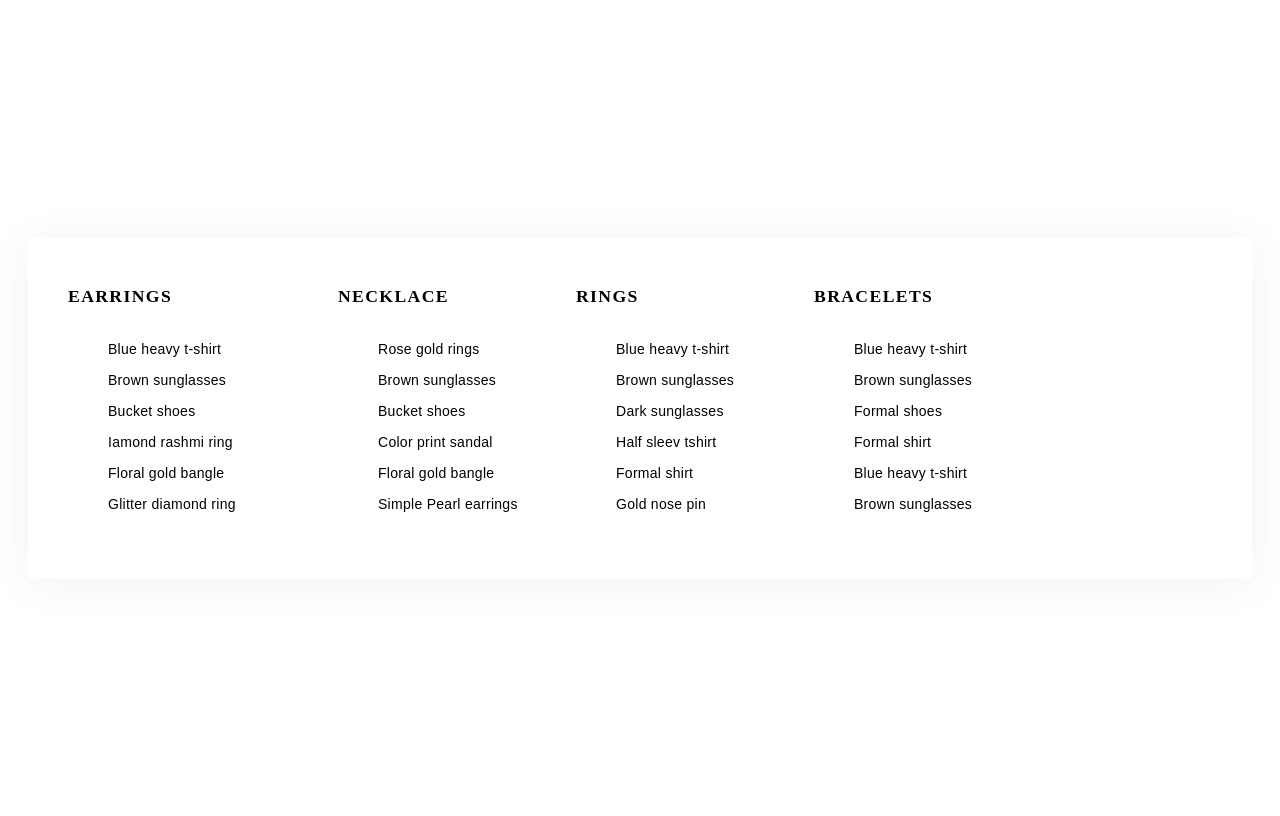
Repository: Excelsior-Technologies-Community/jelwo-hit
Page: list/shoplist.html
An editor plug-in stored every save of this project. The page is shown before and after a run of saves, followed by the edit.
The browser window is 1280 px wide. The pictures show the whole page.

Above is the page before, as saved 2026-04-06 15:24:42.

After the next 2 saves:
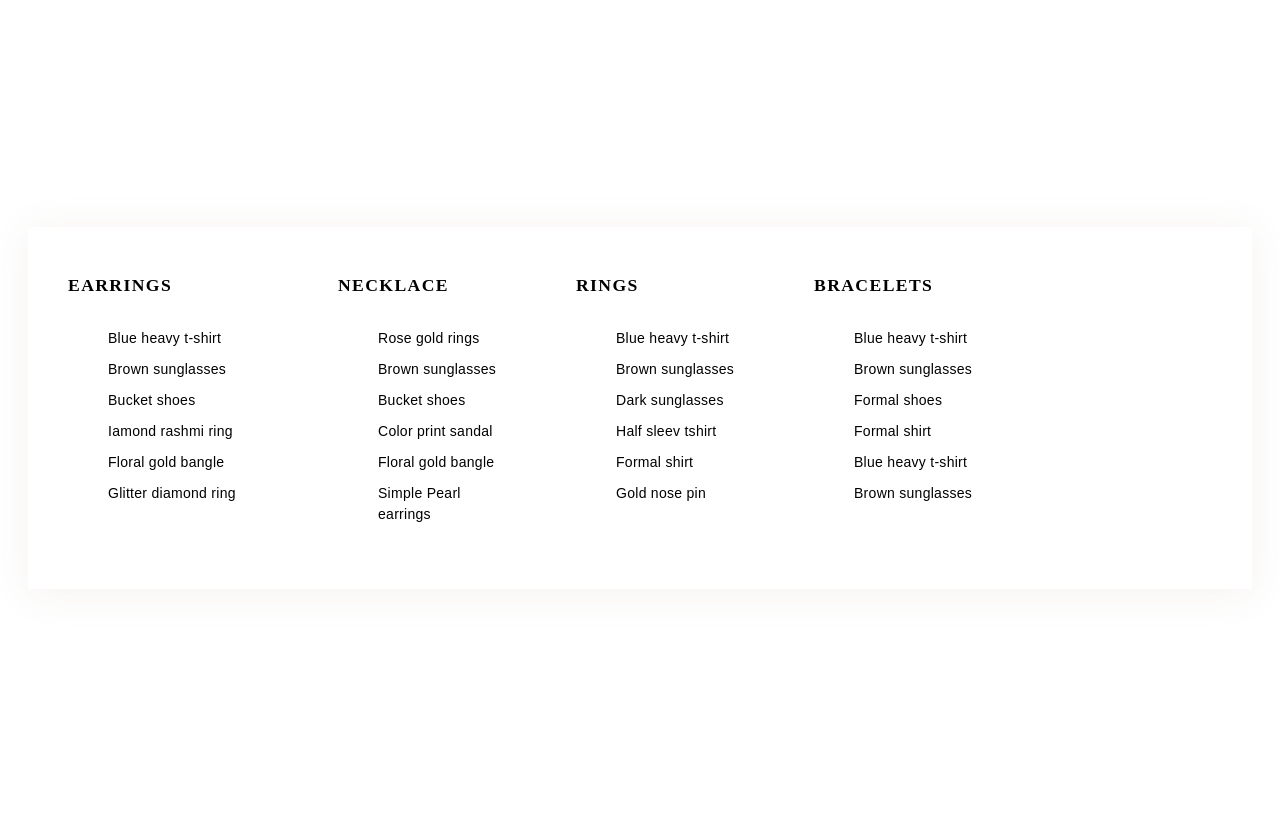
The 2 saves are shown as one change because they came seconds apart.
The last was saved 14 s later.
--- a/list/shoplist.css
+++ b/list/shoplist.css
@@ -37,7 +37,7 @@
 }
 
 .category-col {
-    padding: 0 0px 0 0;
+    padding: 0 32px 0 0;
     border-right: 1px solid var(--divider);
     margin-right: 0;
     animation: fadeUp 0.7s ease both;

After the save that followed:
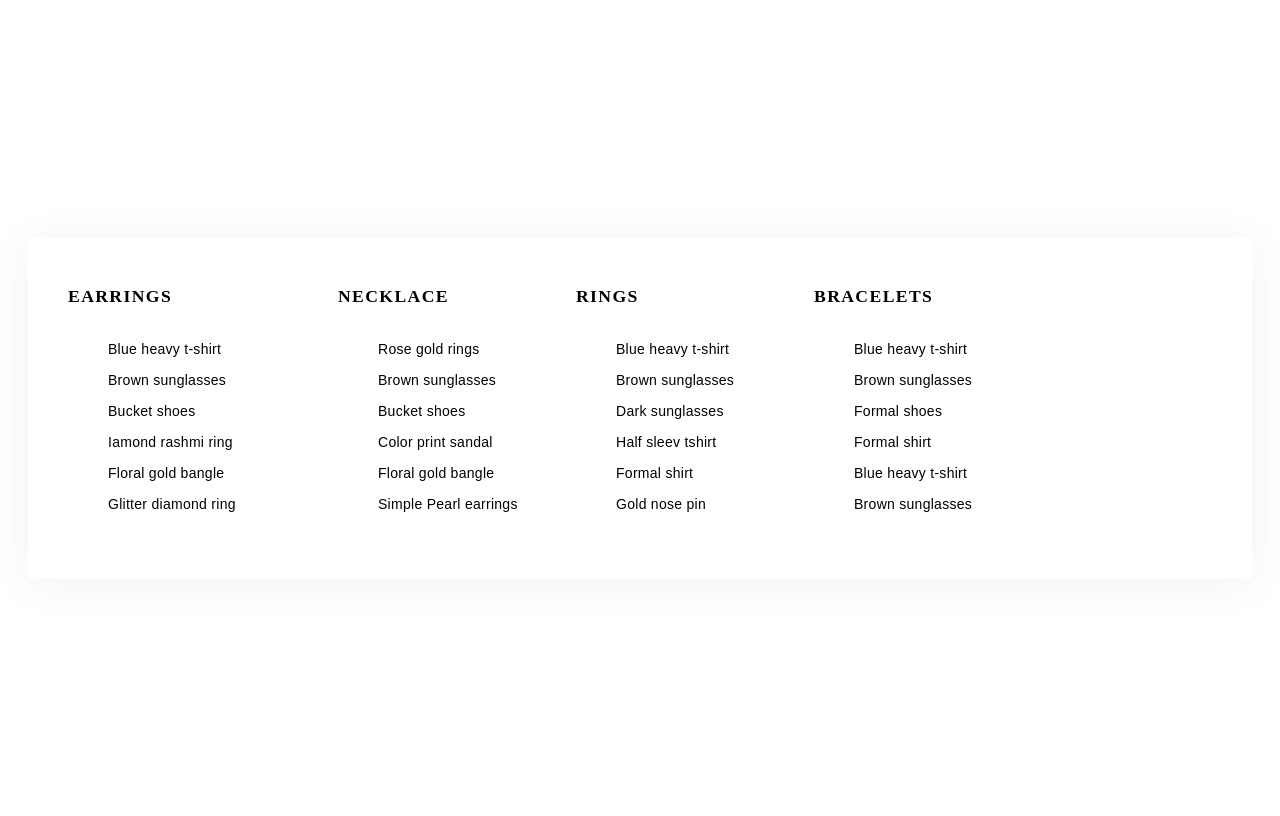
Saved 5 s later.
--- a/list/shoplist.css
+++ b/list/shoplist.css
@@ -37,7 +37,7 @@
 }
 
 .category-col {
-    padding: 0 32px 0 0;
+    padding: 0 10px 0 0;
     border-right: 1px solid var(--divider);
     margin-right: 0;
     animation: fadeUp 0.7s ease both;
